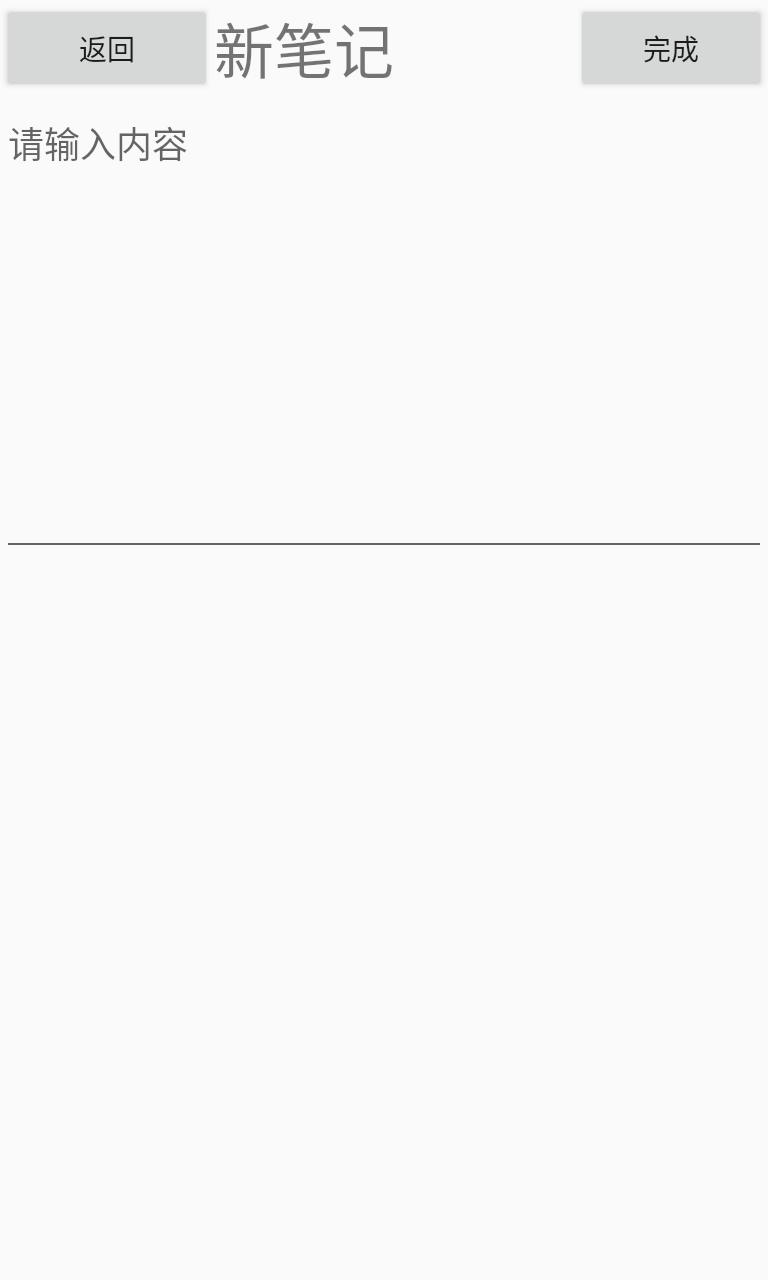
Repository: mxfpaul/Test
Layout: Note/MyNote2/res/layout/newnote.xml
These files come from the project's save history. The layout is drawn as it stood at one moment and after the next save; the edit follows.
It is drawn on a 768 x 1280 px phone screen (xhdpi) without system bars, with theme AppTheme; the app's code is not run.

Above is the layout before, as saved 2014-11-22 03:00:23.

### Note/MyNote2/res/layout/newnote.xml
<?xml version="1.0" encoding="utf-8"?>
<TableLayout xmlns:android="http://schemas.android.com/apk/res/android"
    android:layout_width="match_parent"
    android:layout_height="wrap_content"
    android:orientation="vertical" >

    <TableRow
        android:id="@+id/new_row1"
        android:layout_width="match_parent"
        android:layout_height="wrap_content"
        android:orientation="horizontal"
         >

        <Button
            android:id="@+id/new_button_setting"

            android:layout_weight="1"
            android:text="@string/new_button_text1" />

        <TextView
            android:id="@+id/new_textview_all"
            android:layout_width="wrap_content"
            android:layout_gravity="center"
            android:layout_weight="10"
            android:text="@string/new_textview_text"
            android:textSize="30sp" />

        <Button
            android:id="@+id/new_button_new"

            android:layout_weight="1"
            android:text="@string/new_button_text2" />
		<!--
        <TextView
            android:id="@+id/new_textview_all"
            android:layout_gravity="center"

            android:text="@string/new_textview_text"
            android:textSize="30sp" />

        <Button
            android:id="@+id/new_button_new"

            android:text="@string/new_button_text2" />
            -->
    </TableRow>

    <TableRow
        android:id="@+id/new_row2"
        android:layout_width="match_parent" >

        <EditText
            android:id="@+id/new_edittext_content"
            android:layout_width="match_parent"
            android:layout_height="wrap_content"
            android:layout_weight="1"
            android:gravity="top"
            android:hint="@string/new_edittext_text"
            android:lines="10" />
    </TableRow>

</TableLayout>

### Note/MyNote2/res/values/strings.xml
<?xml version="1.0" encoding="utf-8"?>
<resources>

    <string name="app_name">MyNote2</string>
    <string name="hello_world">Hello world!</string>
    <string name="action_settings">Settings</string>
    <string name="home_button_text1">设置</string>
    <string name="home_button_text2">新建</string>
    <string name="home_textview_text">全部笔记</string>
    <string name="new_button_text1">返回</string>
    <string name="new_button_text2">完成</string>
    <string name="new_textview_text">新笔记</string>
    <string name="view_button_text1">返回</string>
    <string name="view_button_text2">更改</string>
    <string name="view_textview_text">待录入</string>
    <string name="new_edittext_text">请输入内容</string>

</resources>

Loaded but not shown: Note/MyNote2/res/values/styles.xml (common file); Note/MyNote2/res/values-v11/styles.xml (common file); Note/MyNote2/res/values-v14/styles.xml (common file)

After the next save:
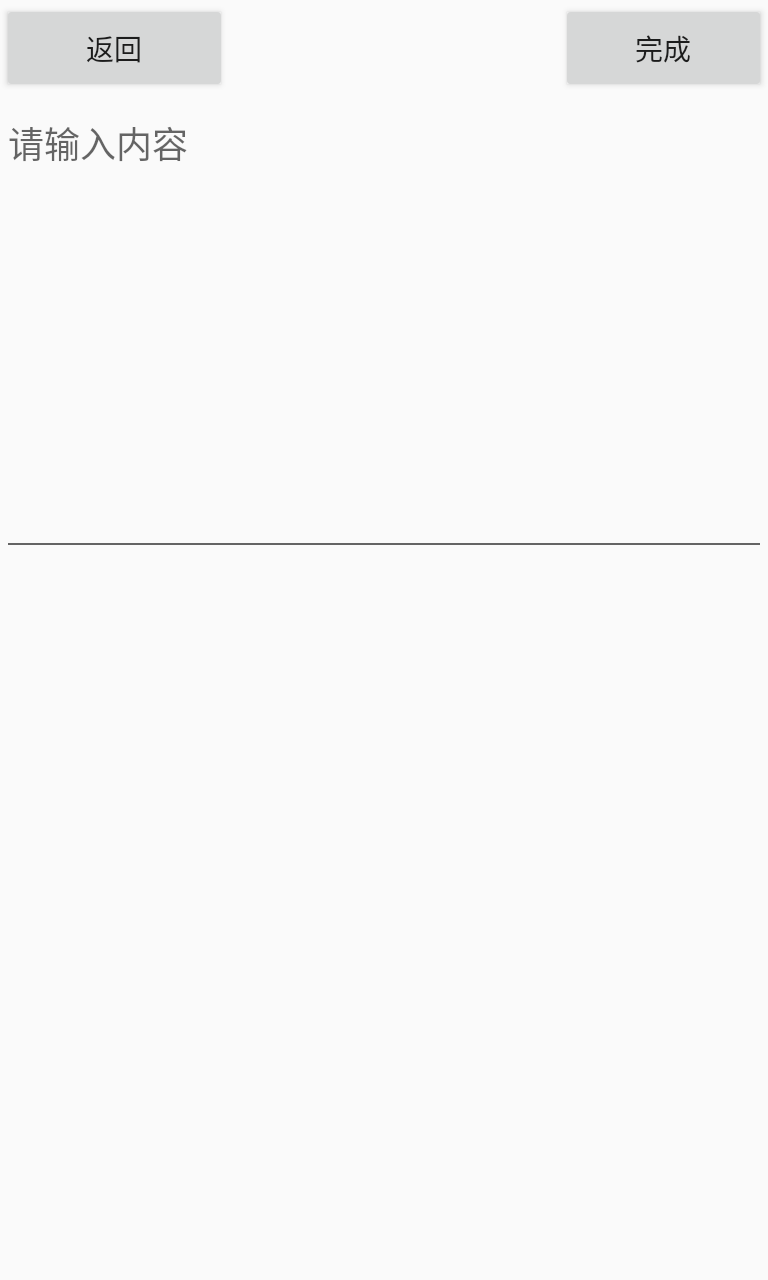
Saved 11 s later.
--- a/Note/MyNote2/res/layout/newnote.xml
+++ b/Note/MyNote2/res/layout/newnote.xml
@@ -22,7 +22,6 @@
             android:layout_width="wrap_content"
             android:layout_gravity="center"
             android:layout_weight="10"
-            android:text="@string/new_textview_text"
             android:textSize="30sp" />
 
         <Button

After the save that followed:
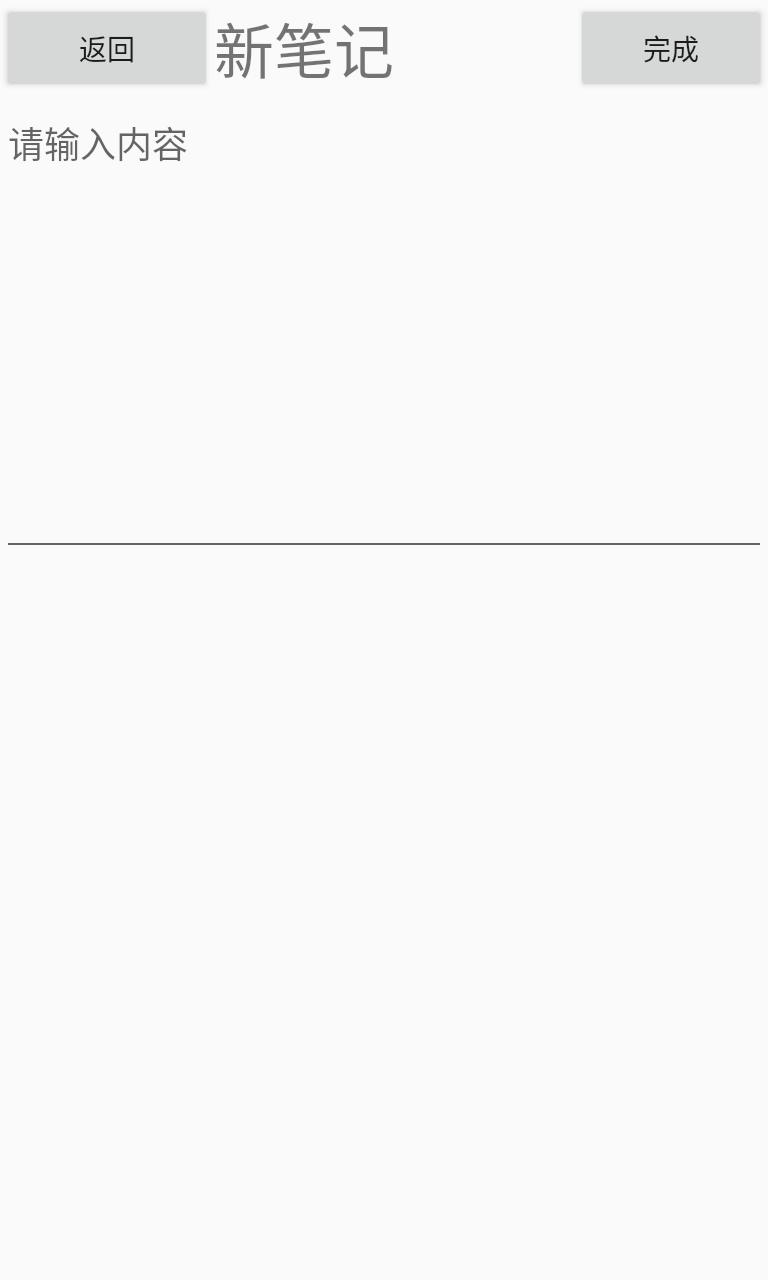
Saved 9 s later.
--- a/Note/MyNote2/res/layout/newnote.xml
+++ b/Note/MyNote2/res/layout/newnote.xml
@@ -22,6 +22,7 @@
             android:layout_width="wrap_content"
             android:layout_gravity="center"
             android:layout_weight="10"
+            android:text="@string/new_textview_text"
             android:textSize="30sp" />
 
         <Button
